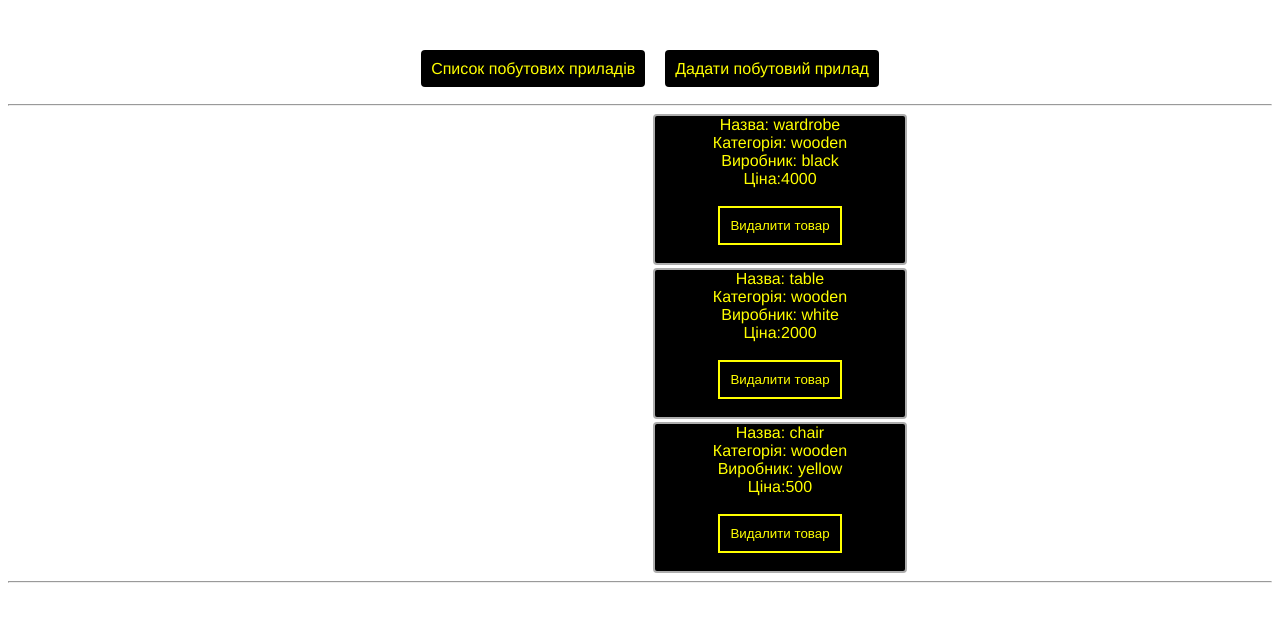
Repository: KYUUBI-K/Labs-from-2-course-
Page: /#/ (app in mkr2-v5/)
The author's editor kept a copy of each file at every save. The page is drawn from the files as they stood at one save, then again after the next save.
The browser window is 1280 px wide. The pictures show the whole page.
The project was rebuilt for these pictures with package versions that can differ from the ones it lists, and the page was loaded fresh each time. Also part of the build but not shown: mkr2-v5/src/pages/AddHouseholdGoods/index.vue.

Above is the page before, as saved 2021-12-21 11:14:21.

### mkr2-v5/src/main.js
import Vue from 'vue'
import App from './App.vue'
import VueRouter from 'vue-router'
import router from './router'
import store from './store'

Vue.use(VueRouter)
Vue.config.productionTip = false

new Vue({
  store,
  router,
  render: h => h(App),
}).$mount('#app')

### mkr2-v5/src/App.vue
<template>
  <div id="app">
    <div class="menu">
      <router-link to="/" class="pages">Список побутових приладів</router-link>
      <router-link to="/addHouseholdGoods" class="pages">Дадати побутовий прилад</router-link>
    </div>
    <br>
    <hr>
    <div>
      <router-view></router-view>
    </div>
    <hr>
  </div>
</template>

<script>


export default {
  name: 'App',
  components: {

  }
}
</script>

<style>
#app {
  font-family: Avenir, Helvetica, Arial, sans-serif;
  -webkit-font-smoothing: antialiased;
  -moz-osx-font-smoothing: grayscale;
  text-align: center;
  color: #2c3e50;
  margin-top: 60px;
}

.pages {
  border-radius: 4px;
  background-color: black;
  margin-left: 20px;
  padding: 10px;
  color: yellow;
  text-decoration: none;
}
</style>

### mkr2-v5/src/router.js
import HouseholdGoodsList from "@/components/HouseholdGoodsList"
import AddHouseholdGoods from "@/pages/AddHouseholdGoods"
import VueRouter from "vue-router"

const routes = [
    {path: '/', component: HouseholdGoodsList},
    {path: '/addHouseholdGoods', component: AddHouseholdGoods},
]

const router = new VueRouter({routes})

export default router

### mkr2-v5/src/store/index.js
import Vue from 'vue'
import Vuex from 'vuex'

Vue.use(Vuex)

const store = new Vuex.Store({
    state: {
        householdGoodsList: [
            {
                name: 'wardrobe',
                category: 'wooden',
                producer: "black",
                price: 4000
            },
            {
                name: 'table',
                category: 'wooden',
                producer: "white",
                price: 2000
            },
            {
                name: 'chair',
                category: 'wooden',
                producer: "yellow",
                price: 500
            },
        ],
    },
    getters: {
        getHouseholdGoodsList: ({ householdGoodsList }) => householdGoodsList,
    },
    mutations: {
        addNewHouseholdGoods(state, dataObj) {
            state.householdGoodsList.push({
                ...dataObj
            })
        },
        delHouseholdGoods(state, name, category, producer, price) {
            state.householdGoodsList = state.householdGoodsList.filter(item=>(item.name != name))
            state.householdGoodsList = state.householdGoodsList.filter(item=>(item.category != category))
            state.householdGoodsList = state.householdGoodsList.filter(item=>(item.producer != producer))
            state.householdGoodsList = state.householdGoodsList.filter(item=>(item.price != price))
        },
    },
    actions: {
        addHouseholdGoods({commit}, data) {
            commit('addNewHouseholdGoods', data)
        },
        delateHouseholdGoods({commit}, data) {
            commit('delHouseholdGoods', data)
        },
    }
})

export default store

### mkr2-v5/src/components/HouseholdGoodsList/index.vue
<template>
    <div class="householdGoodsList">
        <household-goods-item v-for="householdGoods in getHouseholdGoodsList" :key="householdGoods.id"
            :householdGoods="householdGoods"
        />
    </div>
</template>

<script>
import HouseholdGoodsItem from "./HouseholdGoodsItem";
import { mapGetters } from "vuex"
    export default {
        name: 'HouseholdGoodsList',
        components: {
            HouseholdGoodsItem
        },
        computed: {
            ...mapGetters(['getHouseholdGoodsList'])
        },
    }
</script>

<style lang="css" scoped>
.householdGoodsList {
    margin-left: 642px;
}
</style>

### mkr2-v5/src/components/HouseholdGoodsList/HouseholdGoodsItem/index.vue
<template>
    <div class="householdGoods">
        <div>Назва: {{householdGoods.name}}<br> Категорія: {{householdGoods.category}}<br> Виробник: {{householdGoods.producer}}<br> Ціна:{{householdGoods.price}}<br><br> <button @click="delatehouseholdGoods">Видалити товар</button> <br> <br></div>
    </div>
</template>

<script>
import { mapActions } from "vuex";
    export default {
        name: 'HouseholdGoodsItem',
        props: {
            householdGoods: {
                type: Object,
                default: ()=>({})
            },
        },
        data() {
            return {

            }
        },
        methods: {
            ...mapActions(['delateHouseholdGoods']),
            delatehouseholdGoods() {
                this.delateHouseholdGoods(
                    this.householdGoods.name,
                    this.householdGoods.category,
                    this.householdGoods.producer,
                    this.householdGoods.price
                )
                this.$router.push({ path: '/' })
            }
        },
    }
</script>

<style lang="css" scoped>
.householdGoods {
    width: 250px;
    border: 2px solid rgb(173, 173, 173);
    margin: 3px;
    border-radius: 4px;
    color: yellow;
    background: black;
}

button {
    font-family: sans-serif;
    background: black;
    color: yellow;
    padding: 10px;
    border: 2px solid black;
    border-color: yellow;
}
</style>

Loaded but not shown: mkr2-v5/public/index.html (common file)

After the next save:
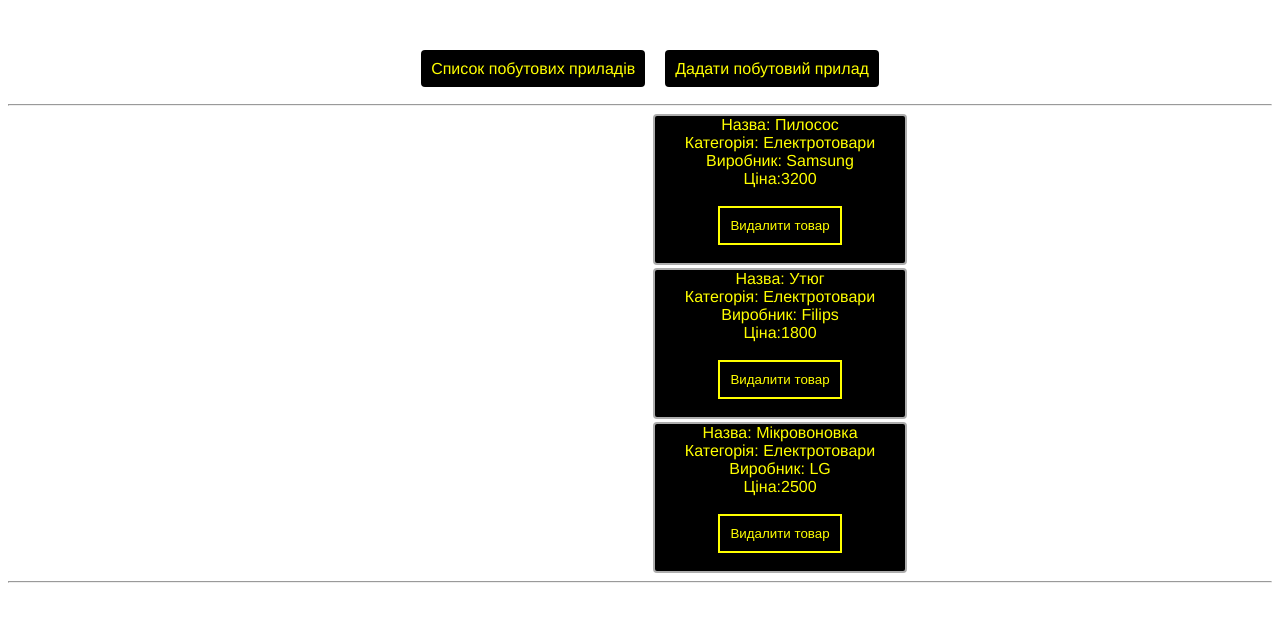
Saved 4 min 27 s later.
--- a/mkr2-v5/src/store/index.js
+++ b/mkr2-v5/src/store/index.js
@@ -7,22 +7,22 @@ const store = new Vuex.Store({
     state: {
         householdGoodsList: [
             {
-                name: 'wardrobe',
-                category: 'wooden',
-                producer: "black",
-                price: 4000
+                name: 'Пилосос',
+                category: 'Електротовари',
+                producer: "Samsung",
+                price: 3200
             },
             {
-                name: 'table',
-                category: 'wooden',
-                producer: "white",
-                price: 2000
+                name: 'Утюг',
+                category: 'Електротовари',
+                producer: "Filips",
+                price: 1800
             },
             {
-                name: 'chair',
-                category: 'wooden',
-                producer: "yellow",
-                price: 500
+                name: 'Мікровоновка',
+                category: 'Електротовари',
+                producer: "LG",
+                price: 2500
             },
         ],
     },
